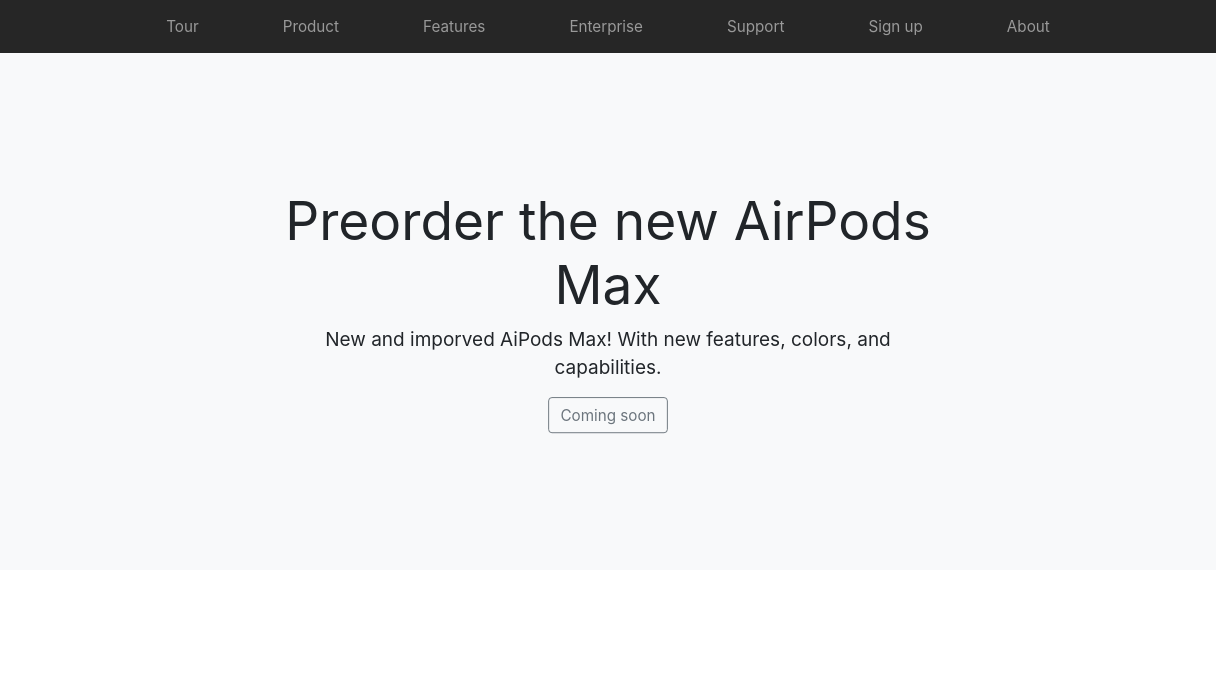
Repository: dogisej22/sejaldogiparthi-website
Page: LearnCS8-Twilio/index.html
The author's editor kept a record of every edit. The page is drawn from the files as they stood at one moment, then again after the next edit.
The browser window is 1280 px wide. The pictures show the whole page, at 95% of full size.

Above is the page before.

### LearnCS8-Twilio/index.html
<!doctype html>
<html lang="en">
  <head>
    <!-- Required meta tags -->
    <meta charset="utf-8">
    <meta name="viewport" content="width=device-width, initial-scale=1, shrink-to-fit=no">
    <meta name="description" content="Preorder the new AirPods Max">
    <meta name="author" content="862371399">

    <!-- Bootstrap CSS -->
    <link rel="stylesheet" href="https://stackpath.bootstrapcdn.com/bootstrap/4.5.2/css/bootstrap.min.css" integrity="sha384-JcKb8q3iqJ61gNV9KGb8thSsNjpSL0n8PARn9HuZOnIxN0hoP+VmmDGMN5t9UJ0Z" crossorigin="anonymous">

    <!-- Title of your Website -->
    <title>AirPods Max</title>
    <link href="product.css" rel="stylesheet">
  </head>
  <body>
    <nav class="site-header sticky-top py-2">
    <!-- Top Menu Bar -->
    <div class="container d-flex flex-column flex-md-row justify-content-between">
        <a class="py-2 d-none d-md-inline-block" id="menu-item-1" href="https://www.apple.com/store?afid=p238%7CseIEs444j-dc_mtid_1870765e38482_pcrid_629182444078_pgrid_13945964887_pntwk_g_pchan__pexid__&cid=aos-us-kwgo-brand-apple--slid---product-"target="_blank">Tour</a>
        <a class="py-2 d-none d-md-inline-block" id="menu-item-2" href="https://www.apple.com/airpods/"target="_blank">Product</a>
        <a class="py-2 d-none d-md-inline-block" id="menu-item-3" href="https://www.apple.com/airpods-max/"target="_blank">Features</a>
        <a class="py-2 d-none d-md-inline-block" id="menu-item-4" href="https://www.apple.com/airpods-max/specs/"target="_blank">Enterprise</a>
        <a class="py-2 d-none d-md-inline-block" id="menu-item-5" href="https://www.apple.com/airpods-max/compare/"target="_blank">Support</a>
        <a class="py-2 d-none d-md-inline-block" id="menu-item-6" href="https://www.apple.com/shop/buy-airpods/airpods-max"target="_blank">Sign up</a>
        <a class="py-2 d-none d-md-inline-block" id="menu-item-7" href="https://support.apple.com/"target="_blank">About</a>
    </div>
</nav>
<!-- Main Header Section h1-->
<div class="position-relative overflow-hidden p-3 p-md-5 m-md-0 text-center bg-light">
    <div class="col-md-8 p-lg-5 mx-auto my-5">
        <h1 class="display-4 font-weight-normal">Preorder the new AirPods Max</h1>
        <p class="lead font-weight-normal">New and imporved AiPods Max! With new features, colors, and capabilities.</p>
        <a class="btn btn-outline-secondary" href="https://www.apple.com/airpods/compare/">Coming soon</a>
    </div>
</div>
  </body>
</html>

### LearnCS8-Twilio/product.css
.container {
  max-width: 960px;
}

/*
 * Custom translucent site header
 */

.site-header {
  background-color: rgba(0, 0, 0, .85);
  -webkit-backdrop-filter: saturate(180%) blur(20px);
  backdrop-filter: saturate(180%) blur(20px);
}
.site-header a {
  color: #999;
  transition: ease-in-out color .15s;
}
.site-header a:hover {
  color: #fff;
  text-decoration: none;
}

/*
 * Dummy devices (replace them with your own or something else entirely!)
 */

.product-device {
  position: absolute;
  right: 10%;
  bottom: -30%;
  width: 300px;
  height: 540px;
  background-color: #333;
  border-radius: 21px;
  -webkit-transform: rotate(30deg);
  transform: rotate(30deg);
}

.product-device::before {
  position: absolute;
  top: 10%;
  right: 10px;
  bottom: 10%;
  left: 10px;
  content: "";
  background-color: rgba(255, 255, 255, .1);
  border-radius: 5px;
}

.product-device-2 {
  top: -25%;
  right: auto;
  bottom: 0;
  left: 5%;
  background-color: #e5e5e5;
}


/*
 * Extra utilities
 */

.flex-equal > * {
  -ms-flex: 1;
  flex: 1;
}
@media (min-width: 768px) {
  .flex-md-equal > * {
    -ms-flex: 1;
    flex: 1;
  }
}

.overflow-hidden { overflow: hidden; }

After the next edit:
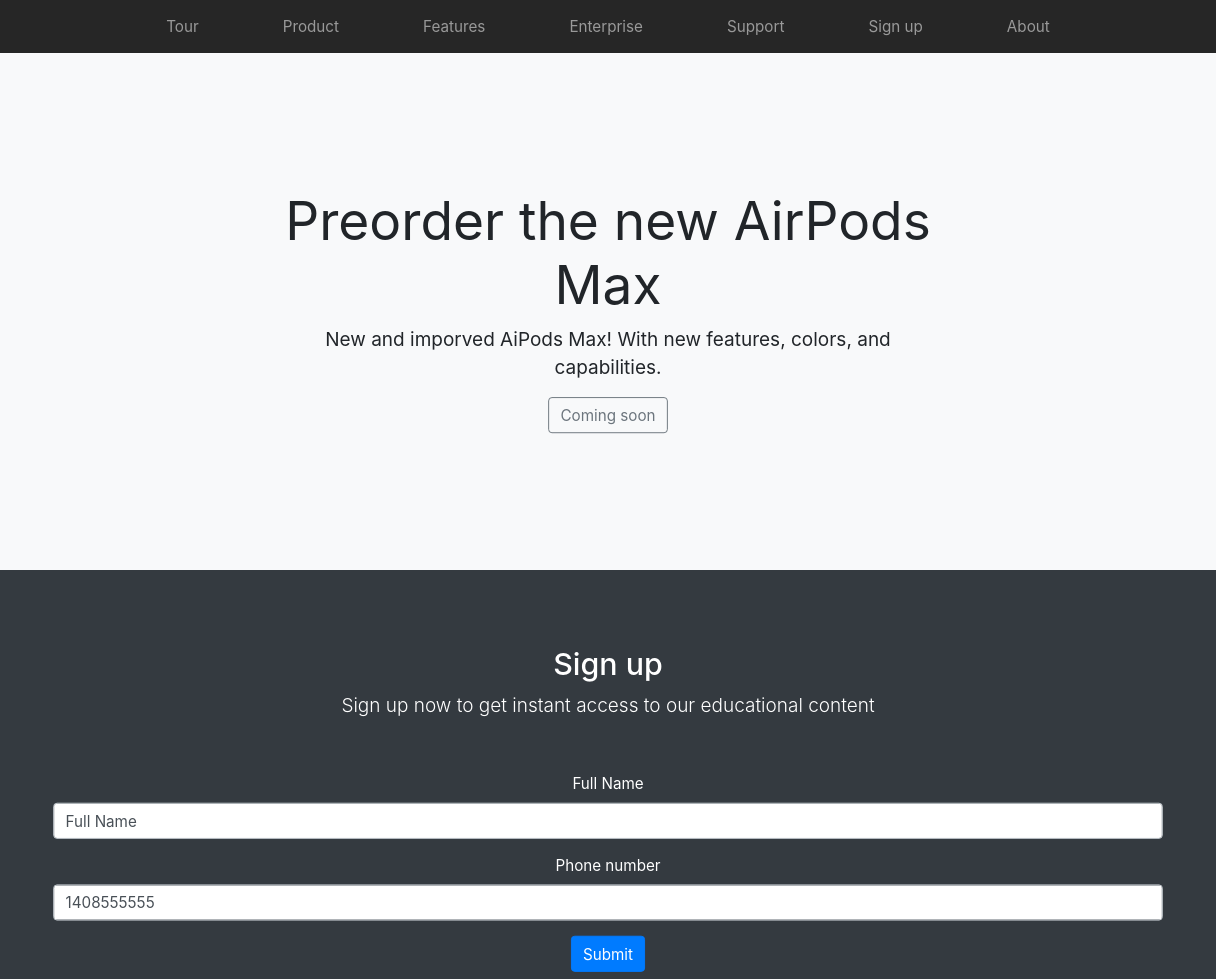
The edit:
--- a/LearnCS8-Twilio/index.html
+++ b/LearnCS8-Twilio/index.html
@@ -35,5 +35,44 @@
         <a class="btn btn-outline-secondary" href="https://www.apple.com/airpods/compare/">Coming soon</a>
     </div>
 </div>
+<!-- Left Tile -->
+<div class="d-md-flex flex-md-equal w-100">
+    <div class="bg-dark pt-3 px-3 pt-md-5 px-md-5 text-center text-white overflow-hidden">
+        <div class="my-3 py-3">
+            <h2 class="display-5">Sign up</h2>
+            <p class="lead">Sign up now to get instant access to our educational content</p>
+        </div>
+        <!-- Web form when submitted will send a text message -->
+        <form class="p-2" onsubmit="sendTextMessage(); return false;">
+            <!-- Full Name Form Field -->
+            <div class="form-group">
+                <label for="example-first-name">Full Name</label>
+                <input type="text" value="Full Name" class="form-control" id="example-first-name" aria-describedby="emailHelp">
+            </div>
+            <!-- Phone Number Form Field -->
+            <div class="form-group">
+                <label for="example-tel-input">Phone number</label>
+                <input type="tel" class="form-control" value="1408555555" id="example-tel-input">
+            </div>
+            <!-- JavaScript that handles onSubmit logic -->
+            <!-- Configure the XHR request below with your own credentials -->
+            <script>
+            function sendTextMessage() {
+                console.log("Hello world!");
+                var xhr = new XMLHttpRequest();
+                var accountSID = "AC32e5973772e17ada18bcd71123e97a91";
+                var authToken = "2e8f363c6358774ad3d5256bfea55ab9";
+                var base64encoded = accountSID + ":" + authToken;
+                var params = "To=" + document.getElementById('example-tel-input').value + "&From=" + "XXXXXXXXXX" + "&Body=" + "Hello " + document.getElementById('example-first-name').value + " nice job on sending your first SMS with APIs."
+                xhr.open("POST", "https://api.twilio.com/2010-04-01/Accounts/" + accountSID + "/Messages.json", true);
+                xhr.setRequestHeader('Content-Type', 'application/x-www-form-urlencoded');
+                xhr.setRequestHeader('Authorization', 'Basic ' + btoa(base64encoded));
+                xhr.send(params);
+            }
+            </script>
+            <!-- Submit button that will execute the sendTextMessage function -->
+            <button type="submit" class="btn btn-primary">Submit</button>
+        </form>
+    </div>
   </body>
 </html>
